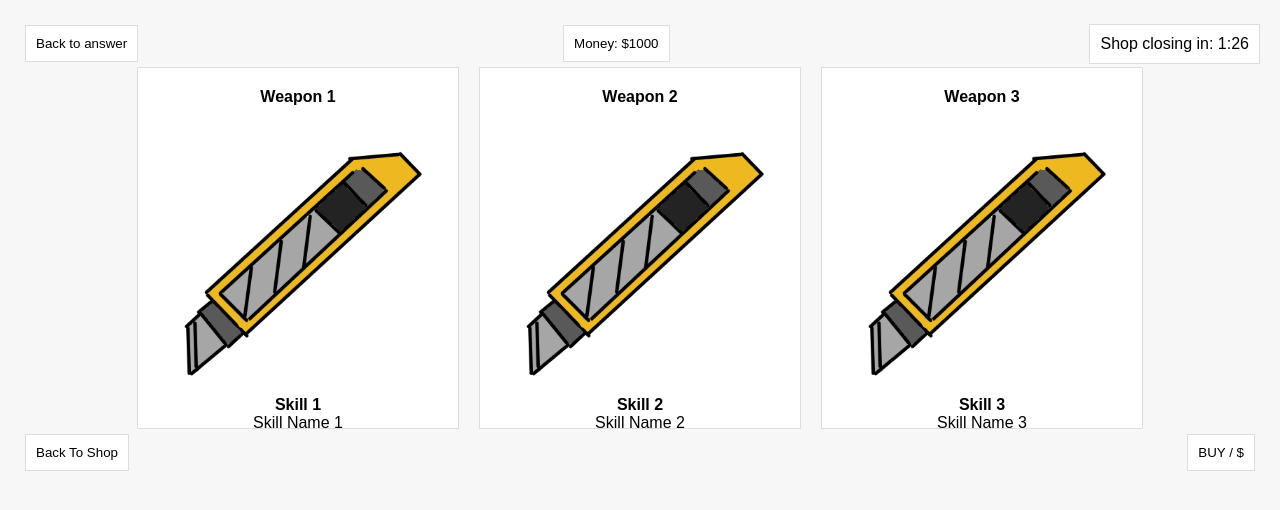
Repository: sean12-2007/Jailbreaker
Page: public/src/pages/shop_skills copy 2.html
The author's editor kept a copy of each file at every save. The page is drawn from the files as they stood at one save, then again after the next save.
The browser window is 1280 px wide. The pictures show the whole page.

Above is the page before, as saved 2024-08-09 20:00:13.

### public/src/pages/shop_skills copy 2.html
<!DOCTYPE html>
<html lang="en">
<head>
  <meta charset="UTF-8">
  <meta name="viewport" content="width=device-width, initial-scale=1.0">
  <title>Weapon Shop</title>
  <style>
    body {
      font-family: Arial, sans-serif;
      margin: 0;
      padding: 20px;
      background: #f7f7f7;
    }
    .container {
      display: flex;
      justify-content: space-between;
      align-items: center;
      gap: 20px;
    }
    .button {
      padding: 10px;
      margin: 5px;
      border: 1px solid #ddd;
      background-color: #fff;
      cursor: pointer;
      text-align: center;
    }
    .weapon-container {
      display: flex;
      justify-content: center;
      align-items: center;
      gap: 20px;
      width: 100%;
    }
    .weapon {
      width: 280px;
      height: 320px;
      border: 1px solid #ddd;
      background: #fff;
      display: flex;
      flex-direction: column;
      justify-content: space-between;
      align-items: center;
      padding: 20px;
    }
    .weapon img {
      width: 100%;
      height: auto;
    }
    .skill-name {
      font-weight: bold;
    }
    .timer-container {
      border: 1px solid #ddd;
      background: #fff;
      padding: 10px;
      text-align: center;
    }
    .weapon-name {
      font-weight: bold;
      margin-bottom: 10px;
    }
  </style>
</head>
<body>
  <div class="container">
    <button class="button">Back to answer</button>
    <button class="button">Money: $1000</button>
    <div class="timer-container">
      <div id="startTimer">Shop closing timer</div>
    </div>
  </div>

  <div class="weapon-container">
    <div class="weapon">
      <div class="weapon-name">Weapon 1</div>
      <img src="/images/artknife.png" alt="Weapon 1" />
      <div class="skill-name">Skill 1</div>
      <div>Skill Name 1</div>
    </div>
    <div class="weapon">
      <div class="weapon-name">Weapon 2</div>
      <img src="/images/artknife.png" alt="Weapon 2" />
      <div class="skill-name">Skill 2</div>
      <div>Skill Name 2</div>
    </div>
    <div class="weapon">
      <div class="weapon-name">Weapon 3</div>
      <img src="/images/artknife.png" alt="Weapon 3" />
      <div class="skill-name">Skill 3</div>
      <div>Skill Name 3</div>
    </div>
  </div>

  <div class="container">
    <button class="button" onclick="goToShop()">Back To Shop</button>
    <button class="button" onclick="buySkills()">BUY / $</button>
  </div>

  <script>
    // Variables to store the timer state
    let timeRemaining = 90; // 1.5 minutes in seconds
    let timerInterval = null;

    function goToShop() {
      window.location.href = 'shop.html'; // Redirect to shop.html
    }

    // Function to simulate buying skills and updating money
    function buySkills() {
      // Implement the function to buy skills
      // Update money variable as needed
      updateMoneyDisplay()
    }

    // Function to update the money display
    function updateMoneyDisplay() {
      // Assuming you have a variable 'money' to store the money amount
      document.querySelector('.button:nth-child(2)').textContent = `Money: $${money}`;
    }

    // Function to update the timer display
    function updateTimerDisplay(minutes, seconds) {
      document.getElementById('startTimer').textContent = `Shop closing in: ${minutes}:${seconds.toString().padStart(2, '0')}`;
    }

    // Function to start the countdown
    function startCountdown() {
      // Only start the timer if it's not already running
      if (timerInterval === null) {
        timerInterval = setInterval(function() {
          const minutes = Math.floor(timeRemaining / 60);
          const seconds = timeRemaining % 60;
          updateTimerDisplay(minutes, seconds);
          if (timeRemaining > 0) {
            timeRemaining -= 1;
          } else {
            clearInterval(timerInterval);
            timerInterval = null;
            alert("Time's up!");
          }
        }, 1000);
      }
    }

    // Event listener for the start button
    document.getElementById('startTimer').addEventListener('click', startCountdown);

    // Start the countdown timer as soon as the page loads
    startCountdown();
  </script>
</body>
</html>

After the next save:
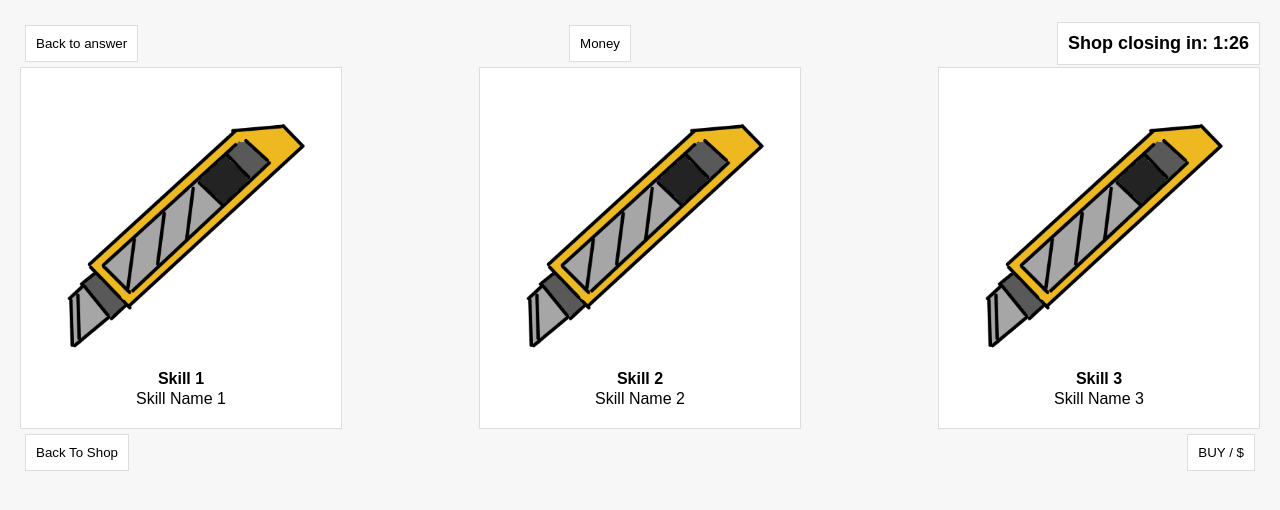
Saved 104 s later.
--- a/public/src/pages/shop_skills copy 2.html
+++ b/public/src/pages/shop_skills copy 2.html
@@ -9,14 +9,16 @@
       font-family: Arial, sans-serif;
       margin: 0;
       padding: 20px;
-      background: #f7f7f7;
+      background-color: #f7f7f7; /* Light pink background */
     }
+
     .container {
       display: flex;
       justify-content: space-between;
       align-items: center;
       gap: 20px;
     }
+
     .button {
       padding: 10px;
       margin: 5px;
@@ -25,47 +27,54 @@
       cursor: pointer;
       text-align: center;
     }
+
     .weapon-container {
       display: flex;
-      justify-content: center;
+      justify-content: space-between; /* Space between weapons */
       align-items: center;
       gap: 20px;
       width: 100%;
     }
+
     .weapon {
       width: 280px;
       height: 320px;
       border: 1px solid #ddd;
-      background: #fff;
+      background-color: #fff;
       display: flex;
       flex-direction: column;
       justify-content: space-between;
       align-items: center;
       padding: 20px;
     }
+
     .weapon img {
       width: 100%;
       height: auto;
     }
+
     .skill-name {
       font-weight: bold;
     }
+
     .timer-container {
       border: 1px solid #ddd;
-      background: #fff;
+      background-color: #fff; /* White background */
       padding: 10px;
       text-align: center;
     }
-    .weapon-name {
+
+    /* Style for the timer */
+    #startTimer {
+      font-size: 18px;
       font-weight: bold;
-      margin-bottom: 10px;
     }
   </style>
 </head>
 <body>
   <div class="container">
     <button class="button">Back to answer</button>
-    <button class="button">Money: $1000</button>
+    <button class="button">Money</button>
     <div class="timer-container">
       <div id="startTimer">Shop closing timer</div>
     </div>
@@ -73,19 +82,16 @@
 
   <div class="weapon-container">
     <div class="weapon">
-      <div class="weapon-name">Weapon 1</div>
       <img src="/images/artknife.png" alt="Weapon 1" />
       <div class="skill-name">Skill 1</div>
       <div>Skill Name 1</div>
     </div>
     <div class="weapon">
-      <div class="weapon-name">Weapon 2</div>
       <img src="/images/artknife.png" alt="Weapon 2" />
       <div class="skill-name">Skill 2</div>
       <div>Skill Name 2</div>
     </div>
     <div class="weapon">
-      <div class="weapon-name">Weapon 3</div>
       <img src="/images/artknife.png" alt="Weapon 3" />
       <div class="skill-name">Skill 3</div>
       <div>Skill Name 3</div>
@@ -93,18 +99,14 @@
   </div>
 
   <div class="container">
-    <button class="button" onclick="goToShop()">Back To Shop</button>
-    <button class="button" onclick="buySkills()">BUY / $</button>
+    <button class="button">Back To Shop</button>
+    <button class="button">BUY / $</button>
   </div>
 
   <script>
     // Variables to store the timer state
     let timeRemaining = 90; // 1.5 minutes in seconds
     let timerInterval = null;
-
-    function goToShop() {
-      window.location.href = 'shop.html'; // Redirect to shop.html
-    }
 
     // Function to simulate buying skills and updating money
     function buySkills() {
